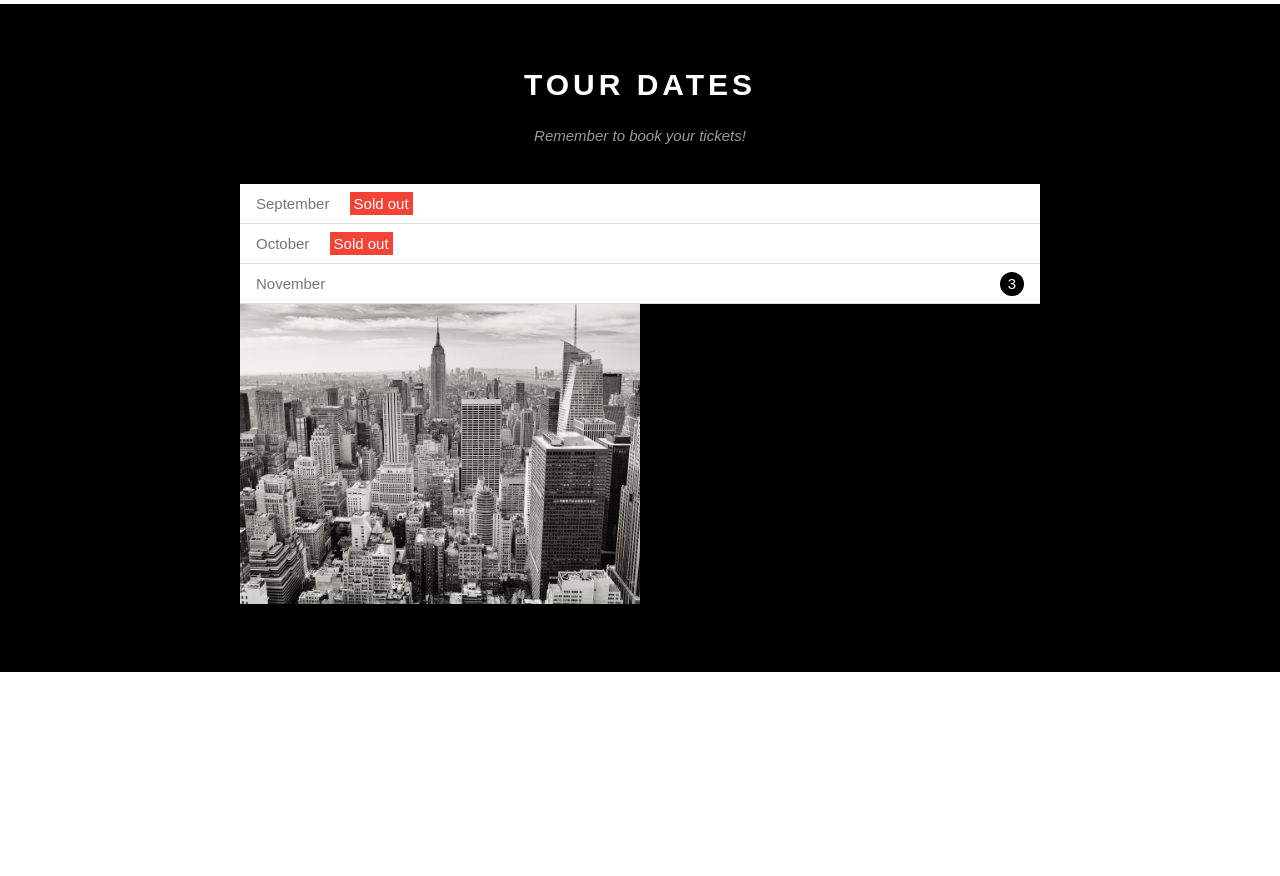
Repository: Phunobita/The-band-w3school
Page: index.html
The author's editor kept a copy of each file at every save. The page is drawn from the files as they stood at one save, then again after the next save.
The browser window is 1280 px wide. The pictures show the part of the page from y = 939 to 1891 px (the page is 1815 px tall before and 1891 px after).
A picture or video elsewhere on the page could not be fetched, so the positions and the page height are approximate.

Above is the page before, as saved 2021-12-02 22:23:56.

### index.html
<!DOCTYPE html>
<html lang="en">

<head>
    <meta charset="UTF-8">
    <meta http-equiv="X-UA-Compatible" content="IE=edge">
    <meta name="viewport" content="width=device-width, initial-scale=1.0">
    <title>The band</title>
    <link rel="stylesheet" href="./assets/fonts/themify-icons-font/themify-icons/themify-icons.css">
    <link rel="stylesheet" href="./assets/css/style.css">
</head>

<body>
    <div id="main">
        <div id="header">
            <!--Begin nav-->
            <ul id="nav">
                <li><a href="">Home</a></li>
                <li><a href="">Band</a></li>
                <li><a href="">Tour</a></li>
                <li><a href="">Contact</a></li>
                <li>
                    <a href="">
                        More
                        <i class="nav-arrow-down ti-angle-down"></i>
                    </a>
                    <ul class="subnav">
                        <li><a href="">Merchandise</a></li>
                        <li><a href="">Extras</a></li>
                        <li><a href="">Media</a></li>
                    </ul>
                </li>
            </ul>
            <!--End nav-->
            <div class="search-btn">
                <i class="search-icon ti-search"></i>
            </div>
        </div>

        <div id="slider">
            <img src="./assets/img/chicago.jpg" alt="" class="slider__img">
            <div class="text-content">
                <h2 class="heading">New York</h2>
                <div class="content">The atmosphere in New York is lorem ipsum</div>
            </div>

        </div>
        <!--About section-->
        <div id="content">
            <div class="content-section">
                <h2 class="section-heading">THE BAND</h2>
                <p class="section-sub-heading">We love music</p>
                <p class="about-text">We have created a fictional band website. Lorem ipsum dolor sit amet, consectetur
                    adipiscing elit, sed do eiusmod tempor incididunt ut labore et dolore magna aliqua. Ut enim ad minim
                    veniam, quis nostrud exercitation ullamco laboris nisi ut aliquip ex ea commodo consequat. Duis aute
                    irure dolor in reprehenderit in voluptate velit esse cillum dolore eu fugiat nulla pariatur.
                    Excepteur sint occaecat cupidatat non proident, sunt in culpa qui officia deserunt mollit anim id
                    est laborum consectetur adipiscing elit, sed do eiusmod tempor incididunt ut labore et dolore magna
                    aliqua. Ut enim ad minim veniam, quis nostrud exercitation ullamco laboris nisi ut aliquip ex ea
                    commodo consequat.</p>
                <div class="Team">
                    <div class="member-item">
                        <p class="member-name">Name</p>
                        <img src="./assets/img/tv.jpg" alt="Name" class="member-img">
                    </div>
                    <div class="member-item">
                        <p class="member-name">Name</p>
                        <img src="./assets/img/tv.jpg" alt="Name" class="member-img">
                    </div>
                    <div class="member-item">
                        <p class="member-name">Name</p>
                        <img src="./assets/img/tv.jpg" alt="Name" class="member-img">
                    </div>
                    <div class="clear"></div>
                </div>
            </div>

            <!--Tour section-->
            <div class="tour__section">
                <div class="content-section">
                    <h2 class="section-heading">TOUR DATES</h2>
                    <p class="section-sub-heading">Remember to book your tickets!</p>

                    <ul class="ticket__list">
                        <li class="ticket__list-item">
                            September
                            <span class="sold-out">Sold out</span>
                        </li>
                        <li class="ticket__list-item">
                            October
                            <span class="sold-out">Sold out</span>
                        </li>
                        <li class="ticket__list-item">
                            November
                            <span class="quantity">3</span>
                        </li>
                    </ul>
                    <div class="place__list">
                        <div class="place__list-item">
                            <img src="./assets/img/newyork.jpg" alt="New York" class="place__img">

                        </div>
                    </div>
                </div>
            </div>
            <!--Contact section-->
            <div class="content-section">
                <h2 class="section-heading">CONTACT</h2>
                <p class="section-sub-heading">Fan? Drop a note!</p>
            </div>

            <div id="footer">

            </div>
        </div>
</body>

</html>

### assets/css/style.css
* {
  padding: 0;
  margin: 0;
  box-sizing: border-box;
}
html {
  font-family: Arial, Helvetica, sans-serif;
}
/*
1.vi tri
2. kich thuoc
3.Mau sac
4. Hinh dang
*/
.clear {
  clear: both;
}
#main {
}
#header {
  height: 46px;
  background-color: black;
  position: fixed;
  top: 0;
  left: 0;
  right: 0;
  z-index: 1;
}
#nav {
  display: inline-block;
}
#nav,
.subnav {
  list-style-type: none;
}
#nav > li > a {
  color: #fff;
  text-transform: uppercase;
}
#nav li a {
  text-decoration: none;
  line-height: 46px;
  padding: 0 24px;
  display: block;
}
#nav > li:hover > a,
#nav .subnav li:hover a {
  color: black;
  background-color: #ccc;
}
#nav li:hover .subnav {
  display: block;
}
#nav > li {
  display: inline-block;
  position: relative;
}
#nav .nav-arrow-down {
  font-size: 14px;
}
#nav .subnav {
  display: none;
  min-width: 160px;
  position: absolute;
  top: 100%;
  background-color: white;
  box-shadow: 0 0 10px rgba(0, 0, 0, 0.3);
}
#nav .subnav a {
  color: black;
  padding: 0 12px;
  line-height: 38px;
}
#header .search-btn {
  float: right;
  padding: 0 21px;
  cursor: pointer;
}
#header .search-icon {
  color: #fff;
  font-size: 20px;
  line-height: 46px;
}
#header .search-btn:hover {
  background-color: #f44336;
}
#slider {
  margin-top: 46px;
  position: relative;
  background: url("/assets/img/chicago.jpg") top center / cover no-repeat;
}
#slider .text-content {
  position: absolute;
  bottom: 47px;
  color: white;
  width: 100%;
  text-align: center;
}
#silder .heading {
  font-weight: 500px;
  font-size: 24px;
}
#slider .content {
  font-size: 15px;
  margin-top: 25px;
}
#content {
}
#content .content-section {
  padding: 64px 0;
  width: 800px;
  margin-left: auto;
  margin-right: auto;
}
#content .section-heading {
  font-size: 30px;
  font-weight: 500px;
  text-align: center;
  letter-spacing: 4px;
}
#content .section-sub-heading {
  font-size: 15px;
  text-align: center;
  margin-top: 25px;
  font-style: italic;
  opacity: 0.6;
}
#content .about-text {
  margin-top: 25px;
  text-align: justify;
  line-height: 1.4;
  font-size: 15px;
}
#content .member-item {
  float: left;
  width: calc(100% / 3);
  text-align: center;
}
#content .Team {
  margin-top: 48px;
}
#content .member-name {
  font-size: 15px;
  margin-bottom: 15px;
}
#content .member-img {
  width: 154px;
  border-radius: 4px;
}

/* Tour section */
.tour__section {
  background-color: #000;
}
.section-heading,
.section-sub-heading {
  color: #fff;
}
.ticket__list {
  background-color: #fff;
  margin-top: 40px;
  list-style: none;
}
.ticket__list-item {
  color: #757575;
  font-size: 15px;
  padding: 11px 16px;
  border-bottom: 1px solid #ddd;
}
.ticket__list .sold-out {
  color: #fff;
  background-color: #f44336;
  padding: 3px 4px;
  margin-left: 16px;
}
.ticket__list .quantity {
  float: right;
  width: 24px;
  height: 24px;
  background-color: #000;
  color: #fff;
  border-radius: 50%;
  text-align: center;
  line-height: 24px;
  margin-top: -3px;
}

#footer {
}

Loaded but not shown: assets/fonts/themify-icons-font/themify-icons/themify-icons.css (common file)

After the next save:
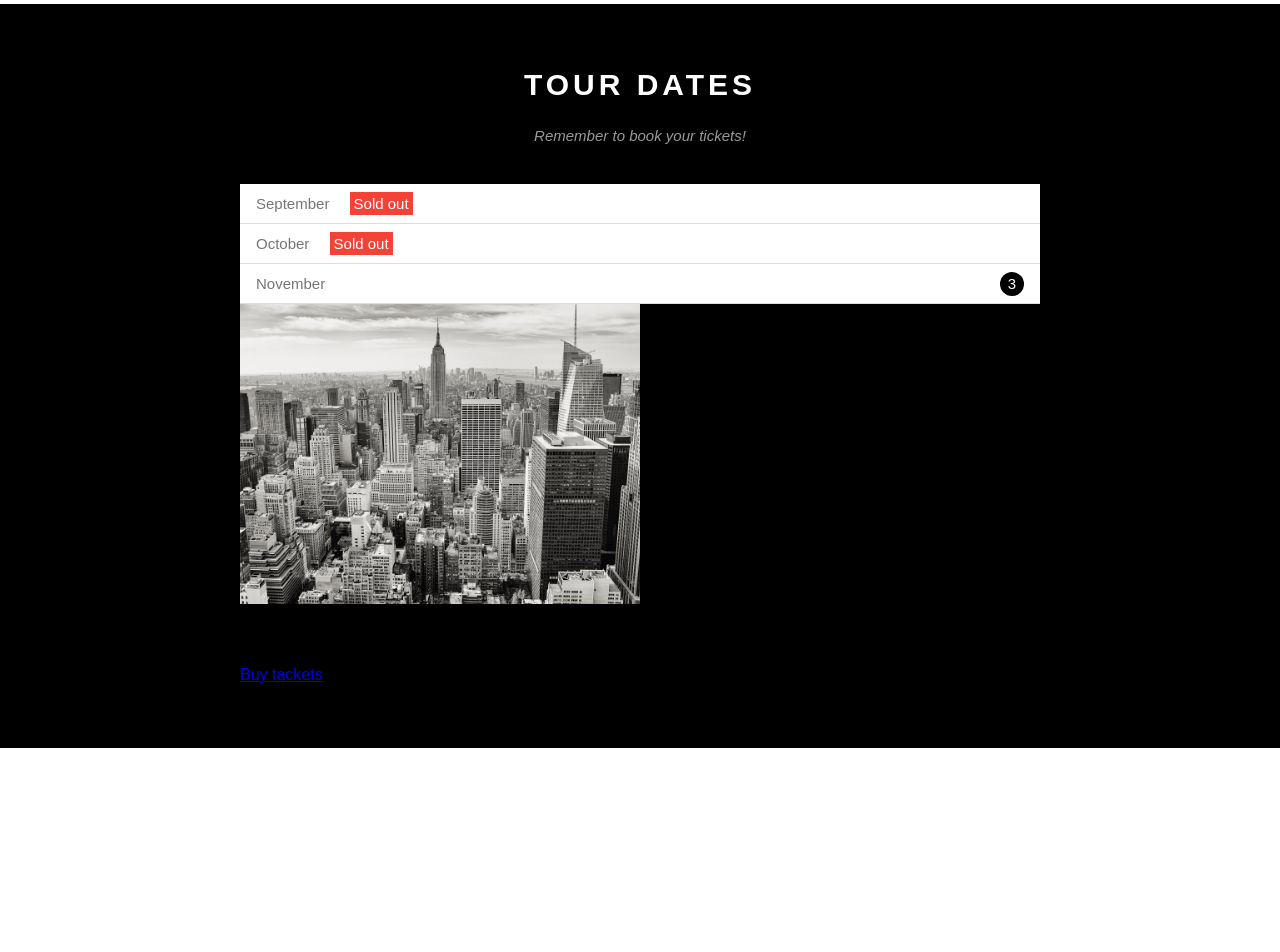
Saved 2 min 47 s later.
--- a/index.html
+++ b/index.html
@@ -98,7 +98,13 @@
                     <div class="place__list">
                         <div class="place__list-item">
                             <img src="./assets/img/newyork.jpg" alt="New York" class="place__img">
-
+                            <div class="place-body">
+                                <h3 class="place-heading">New York</h3>
+                                <p class="place-time">Fri 27 Nov 2016</p>
+                                <p class="place-description">Praesent tincidunt sed tellus ut rutrum sed vitae justo.
+                                </p>
+                                <a href="#" class="place-buy-btn">Buy tackets</a>
+                            </div>
                         </div>
                     </div>
                 </div>
